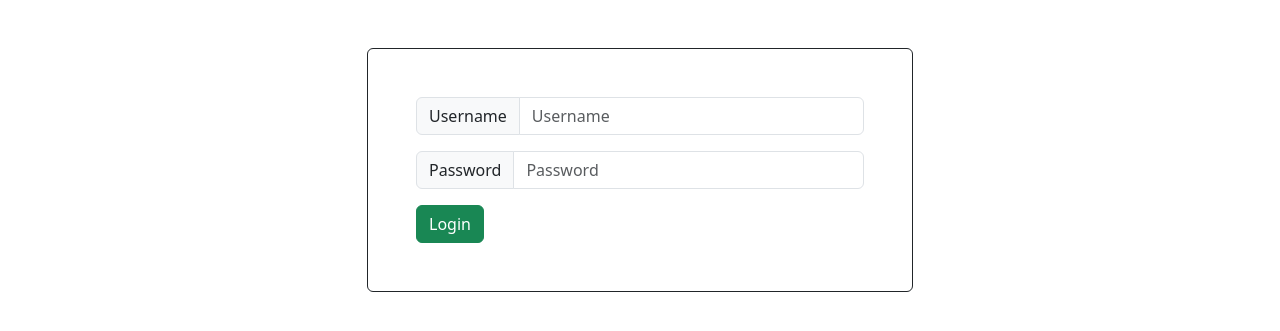
Repository: FrancescoGiordano23/WebappKebab
Page: http://localhost/EsercizioKebab/
The author's editor kept a copy of each file at every save. The page is drawn from the files as they stood at one save, then again after the next save.
The browser window is 1280 px wide. The pictures show the whole page.
The page is served by Tomcat 10.

Above is the page before, as saved 2024-08-02 12:34:19.

After the next save:
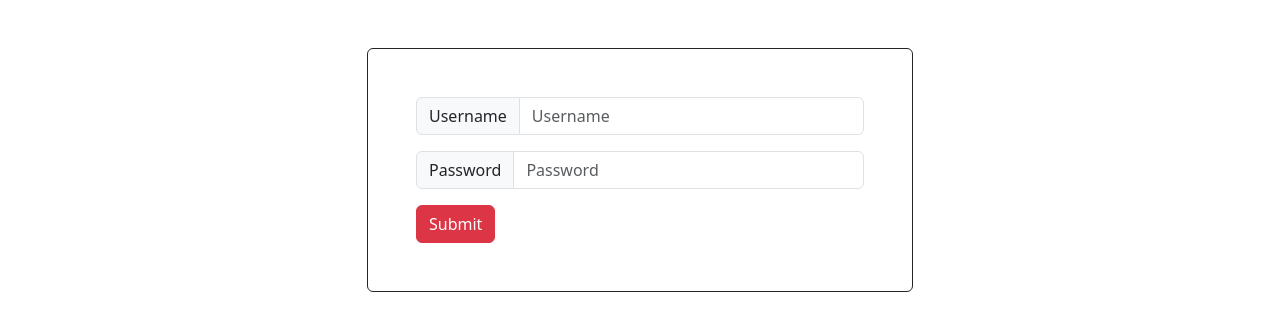
Saved 50 s later.
--- a/EsercizioKebab/src/main/webapp/login.jsp
+++ b/EsercizioKebab/src/main/webapp/login.jsp
@@ -40,7 +40,8 @@
 								aria-describedby="basic-addon-password" name="password">
 						</div>
 
-						<button class="btn btn-success" type="submit">Login</button>
+
+						<button class="btn btn-danger" type="submit">Submit</button>
 
 					</form>
 				</div>
